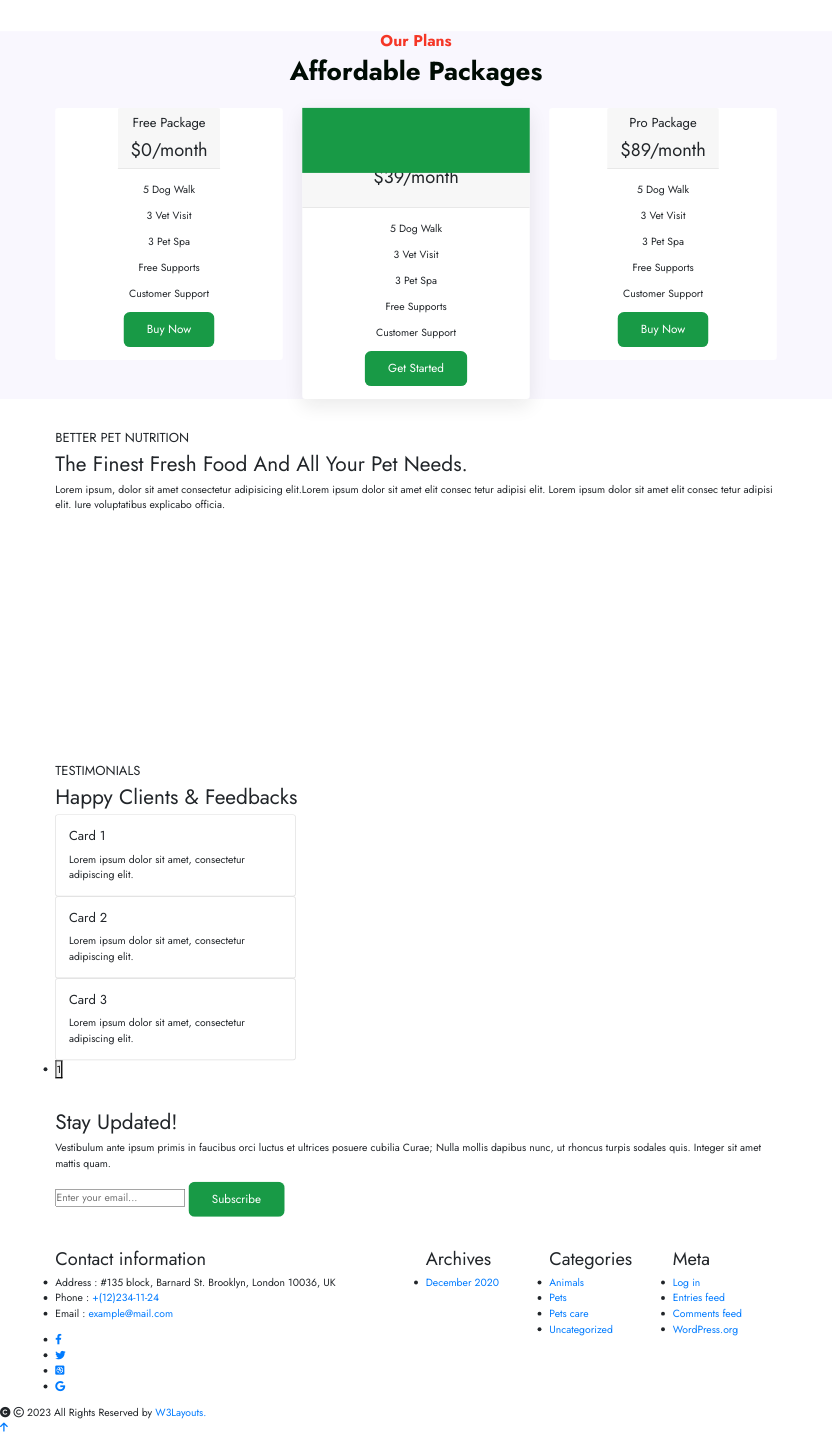
Repository: thanhfrankie/poochcare
Page: index.html
These files come from the project's save history. The page is drawn as it stood at one moment and after the next save; the edit follows.
The browser window is 1280 px wide. The pictures show the whole page, at 65% of full size.
Pictures or frames that could not be fetched are drawn as grey boxes.

Above is the page before, as saved 2023-12-20 22:10:57.

### index.html
<!DOCTYPE html>
<html lang="en">
  <head>
    <title>Pooch Care</title>
    <!-- Required meta tags -->
    <meta charset="utf-8" />
    <meta
      name="viewport"
      content="width=device-width, initial-scale=1, shrink-to-fit=no"
    />
    <!-- FONT AWESOME -->
    <link
      rel="stylesheet"
      href="https://cdnjs.cloudflare.com/ajax/libs/font-awesome/6.4.2/css/all.min.css"
      integrity="sha512-z3gLpd7yknf1YoNbCzqRKc4qyor8gaKU1qmn+CShxbuBusANI9QpRohGBreCFkKxLhei6S9CQXFEbbKuqLg0DA=="
      crossorigin="anonymous"
      referrerpolicy="no-referrer"
    />
    <!-- Bootstrap CSS -->
    <link
      rel="stylesheet"
      href="https://stackpath.bootstrapcdn.com/bootstrap/4.3.1/css/bootstrap.min.css"
      integrity="sha384-ggOyR0iXCbMQv3Xipma34MD+dH/1fQ784/j6cY/iJTQUOhcWr7x9JvoRxT2MZw1T"
      crossorigin="anonymous"
    />
    <!-- Font Jost -->
    <link rel="preconnect" href="https://fonts.googleapis.com" />
    <link rel="preconnect" href="https://fonts.gstatic.com" crossorigin />
    <link
      href="https://fonts.googleapis.com/css2?family=Jost:wght@300;400;700&display=swap"
      rel="stylesheet"
    />
    <!-- Pricing CSS -->
    <link rel="stylesheet" href="./css/pricing.css" />
    <!-- pet food CSS (em đặt tên nutrition hay pet-nutrition hay pet__nutrition nó không cho đặt vậy ạ) -->
    <link rel="stylesheet" href="./css/petfood.css" />
    <!-- Testimonials CSS -->
    <link rel="stylesheet" href="./css/testimonials.css" />
    <!-- Subscribe CSS -->
    <link rel="stylesheet" href="./css/subscribe.css" />
    <!-- footer CSS -->
    <link rel="stylesheet" href="./css/footer.css" />
    <!-- Main CSS -->
    <link rel="stylesheet" href="./css/style.css" />
  </head>
  <body>
    <!-- Pricing -->
    <section class="pricing" id="pricing">
      <div class="container mt-5">
        <div class="title">
          <h4>Our Plans</h4>
          <h2>Affordable Packages</h2>
        </div>
        <div class="row mt-6">
          <!-- Pricing Card 1 -->
          <div class="col-lg-4">
            <div class="card">
              <div class="card-header">
                <h5 class="card-title">Free Package</h5>
                <h3 class="card-text">$0/month</h3>
              </div>
              <div class="card-body">
                <p class="card-text">5 Dog Walk</p>
                <p class="card-text">3 Vet Visit</p>
                <p class="card-text">3 Pet Spa</p>
                <p class="card-text">Free Supports</p>
                <p class="card-text">Customer Support</p>
                <a href="#" class="btn btn-buy">Buy Now</a>
              </div>
            </div>
          </div>

          <!-- Pricing Card 2 -->
          <div class="col-lg-4">
            <div class="card card2">
              <div class="card-header">
                <div class="card-save">Save 10%</div>
                <h5 class="card-title">Standard Package</h5>
                <h3 class="card-text">$39/month</h3>
              </div>
              <div class="card-body">
                <p class="card-text">5 Dog Walk</p>
                <p class="card-text">3 Vet Visit</p>
                <p class="card-text">3 Pet Spa</p>
                <p class="card-text">Free Supports</p>
                <p class="card-text">Customer Support</p>
                <a href="#" class="btn btn-buy">Get Started</a>
              </div>
            </div>
          </div>

          <!-- Pricing Card 3 -->
          <div class="col-lg-4">
            <div class="card">
              <div class="card-header">
                <h5 class="card-title">Pro Package</h5>
                <h3 class="card-text">$89/month</h3>
              </div>
              <div class="card-body">
                <p class="card-text">5 Dog Walk</p>
                <p class="card-text">3 Vet Visit</p>
                <p class="card-text">3 Pet Spa</p>
                <p class="card-text">Free Supports</p>
                <p class="card-text">Customer Support</p>
                <a href="#" class="btn btn-buy">Buy Now</a>
              </div>
            </div>
          </div>
        </div>
      </div>
    </section>
    <!-- PET NUTRITION -->
    <section class="nutrition">
      <div class="container mt-5">
        <h5>BETTER PET NUTRITION</h5>
        <h2>The Finest Fresh Food And All Your Pet Needs.</h2>
        <p>
          Lorem ipsum, dolor sit amet consectetur adipisicing elit.Lorem ipsum
          dolor sit amet elit consec tetur adipisi elit. Lorem ipsum dolor sit
          amet elit consec tetur adipisi elit. Iure voluptatibus explicabo
          officia.
        </p>
        <iframe
          width="560"
          height="315"
          src="https://www.youtube.com/embed/JXUTJNv4j6A?si=1nzgvqwKbkVzJ4BS"
          title="YouTube video player"
          frameborder="0"
          allow="accelerometer; autoplay; clipboard-write; encrypted-media; gyroscope; picture-in-picture; web-share"
          allowfullscreen
        ></iframe>
      </div>
    </section>
    <!-- TESTIMONIALS -->
    <section class="testimonial">
      <div class="container mt-5">
        <h5>TESTIMONIALS</h5>
        <h2>Happy Clients & Feedbacks</h2>
        <div class="slick-carousel">
          <!-- Slick Carousel Item 1 -->
          <div class="card">
            <div class="card-body">
              <h5 class="card-title">Card 1</h5>
              <p class="card-text">
                Lorem ipsum dolor sit amet, consectetur adipiscing elit.
              </p>
            </div>
          </div>

          <!-- Slick Carousel Item 2 -->
          <div class="card">
            <div class="card-body">
              <h5 class="card-title">Card 2</h5>
              <p class="card-text">
                Lorem ipsum dolor sit amet, consectetur adipiscing elit.
              </p>
            </div>
          </div>

          <!-- Slick Carousel Item 3 -->
          <div class="card">
            <div class="card-body">
              <h5 class="card-title">Card 3</h5>
              <p class="card-text">
                Lorem ipsum dolor sit amet, consectetur adipiscing elit.
              </p>
            </div>
          </div>
        </div>
      </div>
    </section>
    <!-- Subscribe -->
    <section class="subscribe">
      <div class="container mt-5">
        <h2>Stay Updated!</h2>
        <p>
          Vestibulum ante ipsum primis in faucibus orci luctus et ultrices
          posuere cubilia Curae; Nulla mollis dapibus nunc, ut rhoncus turpis
          sodales quis. Integer sit amet mattis quam.
        </p>
        <input
          type="email"
          name=""
          id="subscribe"
          placeholder="Enter your email..."
        />
        <button class="btn">Subscribe</button>
      </div>
    </section>
    <footer>
      <div class="container mt-5">
        <div class="row">
          <div class="col-lg-6">
            <h3>Contact information</h3>
            <ul class="footer__contact">
              <li>
                Address : #135 block, Barnard St. Brooklyn, London 10036, UK
              </li>
              <li>
                Phone :
                <span>
                  <a href="#">+(12)234-11-24</a>
                </span>
              </li>
              <li>
                Email :
                <span>
                  <a href="#">example@mail.com</a>
                </span>
              </li>
            </ul>
            <ul class="footer__social">
              <li>
                <a href="https://www.facebook.com/w3layouts/">
                  <i class="fa-brands fa-facebook-f"></i
                ></a>
              </li>
              <li>
                <a href="https://twitter.com/W3layouts"
                  ><i class="fa-brands fa-twitter"></i
                ></a>
              </li>
              <li>
                <a href="https://dribbble.com/w3layouts"
                  ><i class="fa-brands fa-square-dribbble"></i
                ></a>
              </li>
              <li>
                <a href="https://myaccount.google.com/intro/profile"
                  ><i class="fa-brands fa-google"></i
                ></a>
              </li>
            </ul>
          </div>
          <div class="col-lg-6">
            <div class="row">
              <div class="col-sm-4">
                <h3>Archives</h3>
                <ul>
                  <li>
                    <a href="#"> December 2020 </a>
                  </li>
                </ul>
              </div>
              <div class="col-sm-4">
                <h3>Categories</h3>
                <ul>
                  <li>
                    <a href="#"> Animals </a>
                  </li>
                  <li>
                    <a href="#"> Pets </a>
                  </li>
                  <li>
                    <a href="#"> Pets care </a>
                  </li>
                  <li>
                    <a href="#"> Uncategorized </a>
                  </li>
                </ul>
              </div>
              <div class="col-sm-4">
                <h3>Meta</h3>
                <ul>
                  <li>
                    <a href="#"> Log in </a>
                  </li>
                  <li>
                    <a href="#"> Entries feed </a>
                  </li>
                  <li>
                    <a href="#"> Comments feed </a>
                  </li>
                  <li>
                    <a href="#"> WordPress.org </a>
                  </li>
                </ul>
              </div>
            </div>
          </div>
        </div>
      </div>
      <div class="copyright">
        <i class="fa fa-copyright" aria-hidden="true"></i>
        <i class="fa-regular fa-copyright"></i>
        <span
          >2023 All Rights Reserved by
          <a href="https://w3layouts.com/">W3Layouts.</a></span
        >
      </div>
    </footer>
    <a href="#" class="backToTop cd-top text-replace js-cd-top">
      <i class="fa fa-arrow-up"></i>
    </a>
    <!-- Optional JavaScript -->
    <!-- jQuery first, then Popper.js, then Bootstrap JS -->
    <script
      src="https://code.jquery.com/jquery-3.3.1.slim.min.js"
      integrity="sha384-q8i/X+965DzO0rT7abK41JStQIAqVgRVzpbzo5smXKp4YfRvH+8abtTE1Pi6jizo"
      crossorigin="anonymous"
    ></script>
    <script
      src="https://cdnjs.cloudflare.com/ajax/libs/popper.js/1.14.7/umd/popper.min.js"
      integrity="sha384-UO2eT0CpHqdSJQ6hJty5KVphtPhzWj9WO1clHTMGa3JDZwrnQq4sF86dIHNDz0W1"
      crossorigin="anonymous"
    ></script>
    <script
      src="https://stackpath.bootstrapcdn.com/bootstrap/4.3.1/js/bootstrap.min.js"
      integrity="sha384-JjSmVgyd0p3pXB1rRibZUAYoIIy6OrQ6VrjIEaFf/nJGzIxFDsf4x0xIM+B07jRM"
      crossorigin="anonymous"
    ></script>
    <!-- slick carousel  -->
    <script
      src="https://cdnjs.cloudflare.com/ajax/libs/slick-carousel/1.8.1/slick.min.js"
      integrity="sha512-XtmMtDEcNz2j7ekrtHvOVR4iwwaD6o/FUJe6+Zq+HgcCsk3kj4uSQQR8weQ2QVj1o0Pk6PwYLohm206ZzNfubg=="
      crossorigin="anonymous"
      referrerpolicy="no-referrer"
    ></script>
    <script>
      // Initialize Slick Carousel
      $(".slick-carousel").slick({
        slidesToShow: 3,
        slidesToScroll: 1,
        dots: true,
        prevArrow: '<button type="button" class="slick-prev">&#9665;</button>',
        nextArrow: '<button type="button" class="slick-next">&#9655;</button>',
        responsive: [
          {
            breakpoint: 768,
            settings: {
              slidesToShow: 2,
            },
          },
          {
            breakpoint: 576,
            settings: {
              slidesToShow: 1,
            },
          },
        ],
      });
    </script>
  </body>
</html>

### css/pricing.css
.pricing {
  background-color: #f9f7fe;
}
.pricing .container {
  width: 100%;
}
.pricing .container .title {
  display: flex;
  justify-content: center;
  align-items: center;
  flex-direction: column;
  padding-bottom: 25px;
}
.pricing .container .title h4 {
  color: #f53626;
  font-weight: 550;
}
.pricing .title h2 {
  font-size: 40px;
  font-weight: 600;
  line-height: 48px;
  text-transform: capitalize;
  color: #000c04;
}
.pricing .container .row {
  /* border: 1px solid blue; */
}
.pricing .container .row .card {
  display: flex;
  justify-content: center;
  align-items: center;
  flex-direction: column;
  text-align: center;
  background-color: #ffffff;
  border-radius: 5px;
  border: none;
}
.pricing .container .row .card2 {
  box-shadow: 0 10px 30px 0 rgba(17, 17, 17, 0.09);
  z-index: 1;
}
.pricing .container .row .card2 .card-header {
  width: 100%;
  padding: 30px 0;
  /* background-color: #189a46; */
  border-top-right-radius: 5px;
  border-top-left-radius: 5px;
  line-height: 1.5;
}
.pricing .container .row .card2 .card-header::before {
    content: "";
    width: 100%;
    height: 100px;
    position: absolute;
    top: 0;
    left: 0;
    background-color: #189a46;
}
.btn-buy,.btn {
    background-color: #189a46;
    padding: 12px 35px;
    font-size: 18px;
    line-height: 28px;
    text-transform: capitalize;
    font-weight: 400;
    color: white;
    border-radius: 10px;
}
.btn:hover {
    color: #fff;
    background-color: #116E32;
    border-color: #116E32;
}
.pricing .container .row .card2 .btn-buy:hover{
    background-color: #189a46;
    border-color: #189a46;
}

### css/testimonials.css
TESTIMONIALS

### css/style.css
/* Global */
* {
  padding: 0;
  margin: 0;
  box-sizing: border-box;
}
html,
body {
  font-family: "Jost", sans-serif;
}

Loaded but not shown: css/footer.css (no copy from this time; the picture is the same without it); css/petfood.css (no copy from this time; the picture is the same without it); css/subscribe.css (no copy from this time; the picture is the same without it)

After the next save:
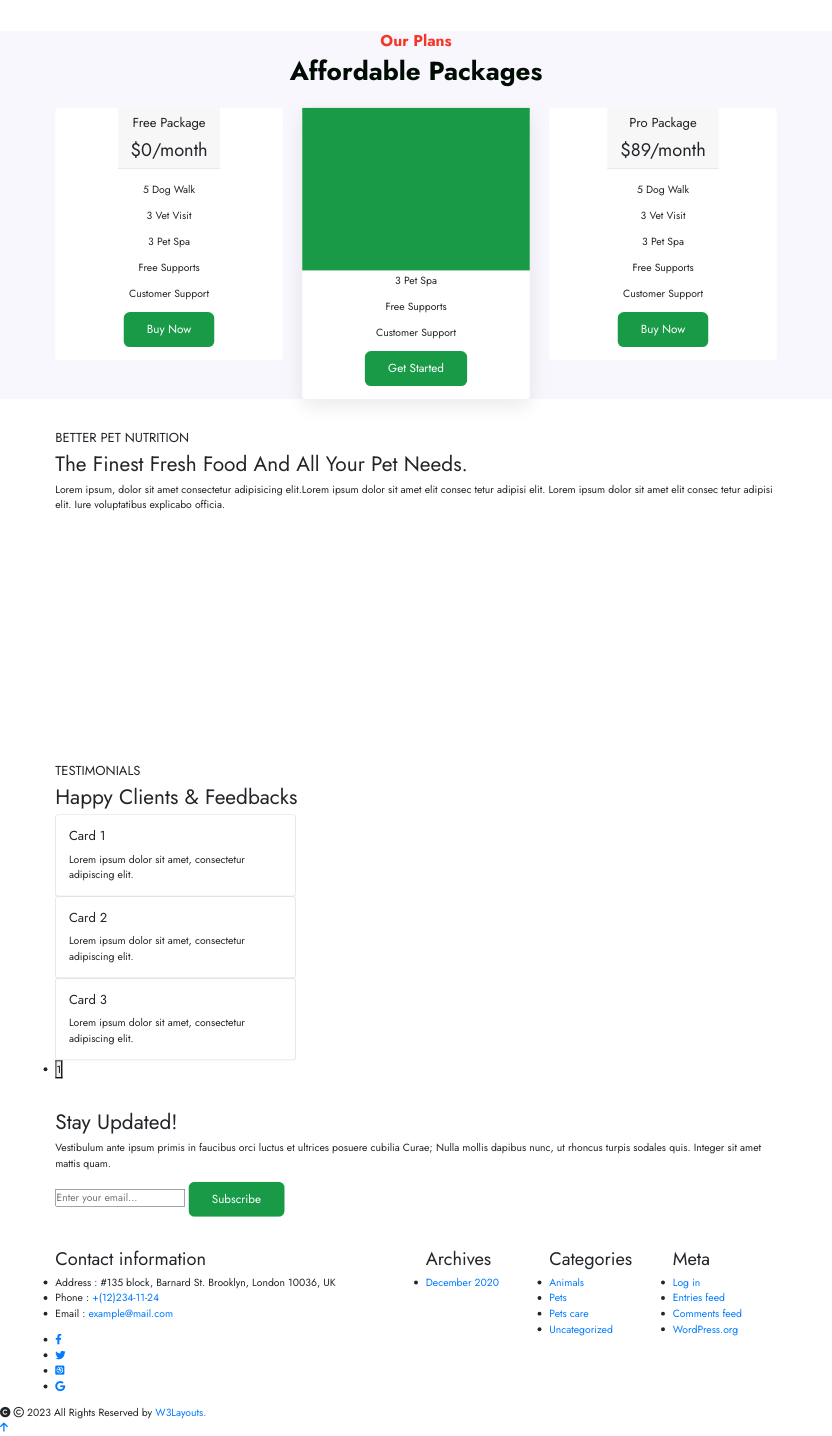
Saved 11 s later.
--- a/css/pricing.css
+++ b/css/pricing.css
@@ -50,7 +50,7 @@
 .pricing .container .row .card2 .card-header::before {
     content: "";
     width: 100%;
-    height: 100px;
+    height: 250px;
     position: absolute;
     top: 0;
     left: 0;
